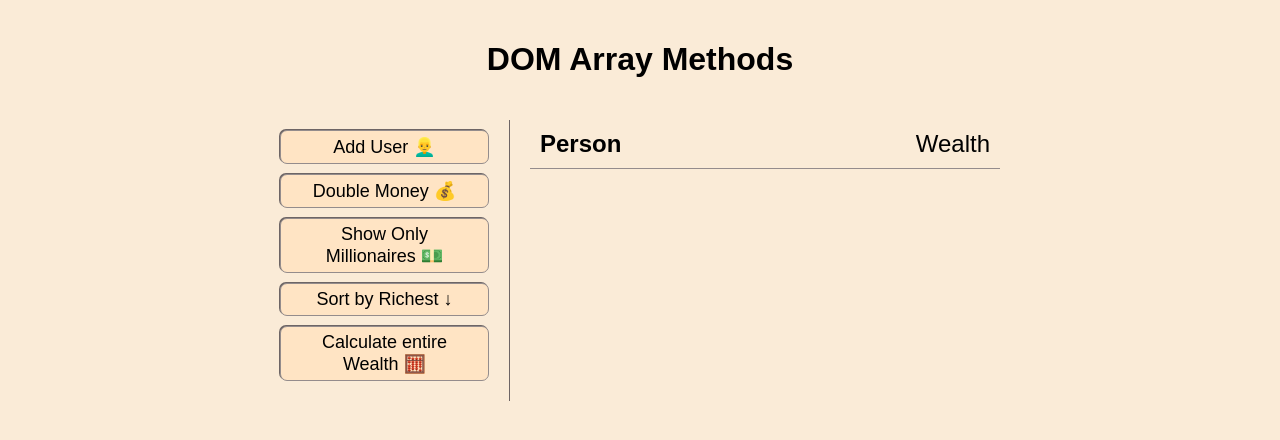
Repository: AbrorjonKuchkarov/DOM-Array-Methods
Page: index.html
The author's editor kept a copy of each file at every save. The page is drawn from the files as they stood at one save, then again after the next save.
The browser window is 1280 px wide. The pictures show the whole page.
After loading, the first visible `#calculate-wealth` was clicked once.
The page's requests for data from a server got no answer.

Above is the page before, as saved 2022-02-24 18:14:49.
Console error: ReferenceError: money is not defined

After the next save:
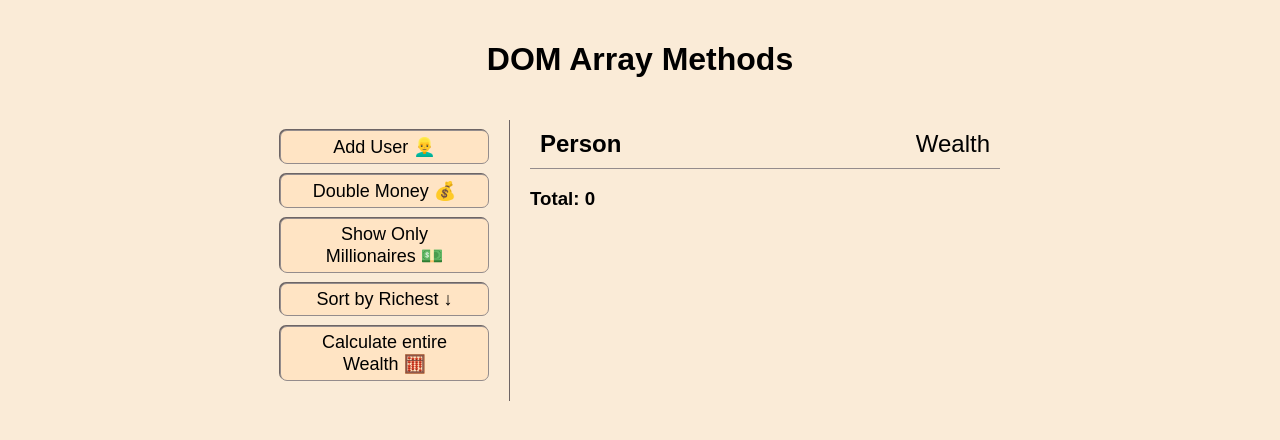
The error is gone.
Saved 24 s later.
--- a/app.js
+++ b/app.js
@@ -80,7 +80,7 @@ function calculateTotalWealth (){
    const wealth = data.reduce((acc, num) => (acc += num.money), 0 );
 
    const wealthEl = document.createElement('div');
-   wealthEl.innerHTML = `<h3> <strong>Total:</strong> ${money} </h3>`
+   wealthEl.innerHTML = `<h3> <strong>Total:</strong> ${wealth} </h3>`
    main.appendChild(wealthEl)
 }
 
